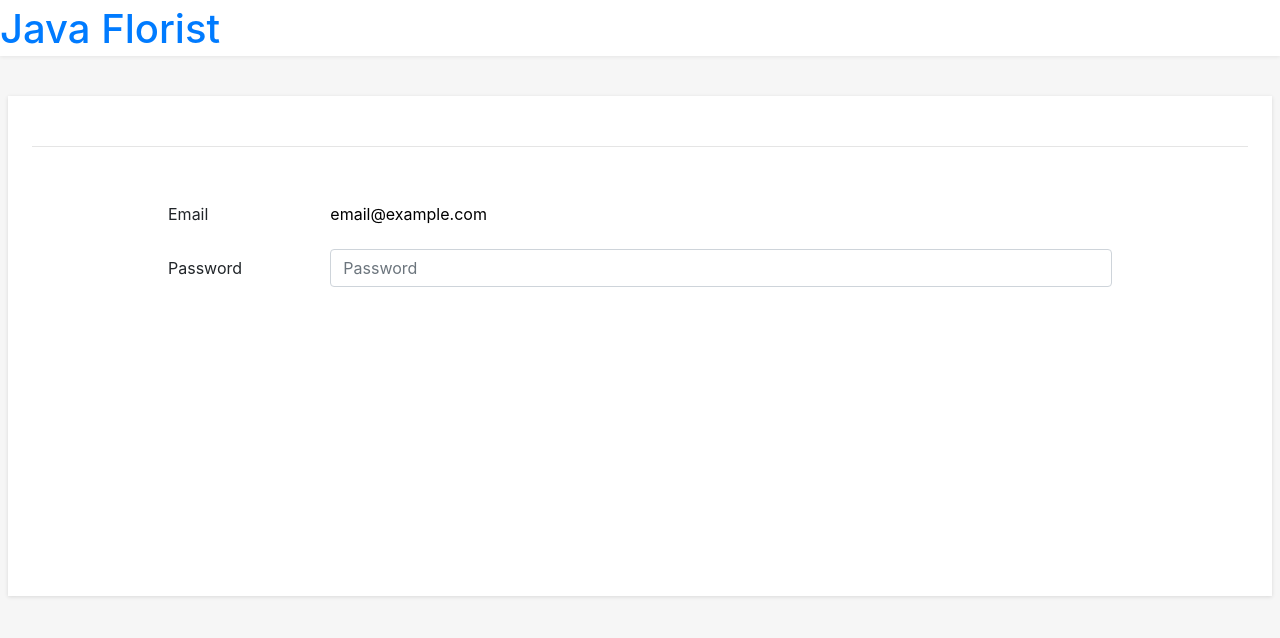
Repository: hienttm/flower-java-florist
Page: JavaFlorist/JavaFlorist/wwwroot/BecomePartner/index.html
The author's editor kept a copy of each file at every save. The page is drawn from the files as they stood at one save, then again after a run of saves.
The browser window is 1280 px wide. The pictures show the whole page.
Some web libraries are served in a nearby version.

Above is the page before, as saved 2023-12-29 17:54:30.

After the next 2 saves:
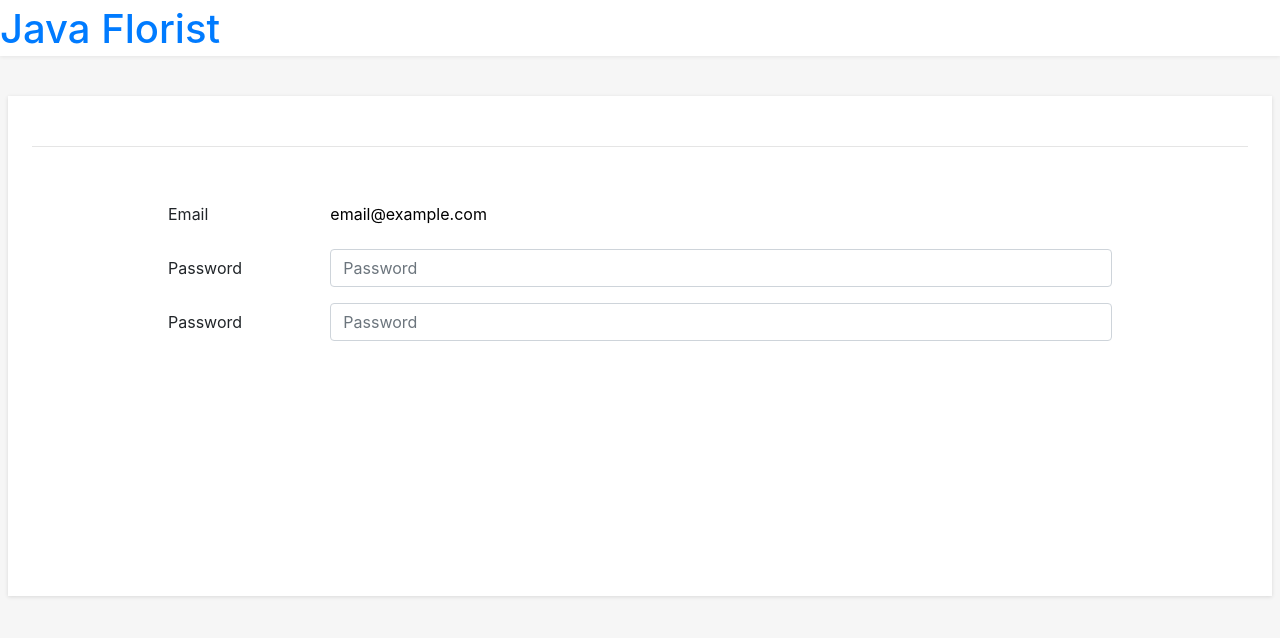
The 2 saves are shown as one change because they came seconds apart.
The last was saved 19 s later.
--- a/JavaFlorist/JavaFlorist/wwwroot/BecomePartner/index.html
+++ b/JavaFlorist/JavaFlorist/wwwroot/BecomePartner/index.html
@@ -42,6 +42,12 @@
                                     <input type="password" class="form-control" id="inputPassword" placeholder="Password">
                                   </div>
                                 </div>
+                                <div class="form-group row">
+                                    <label for="inputPassword" class="col-sm-2 col-form-label">Password</label>
+                                    <div class="col-sm-10">
+                                      <input type="password" class="form-control" id="inputPassword" placeholder="Password">
+                                    </div>
+                                  </div>
                               </form>
                         </div>
                     </div>
